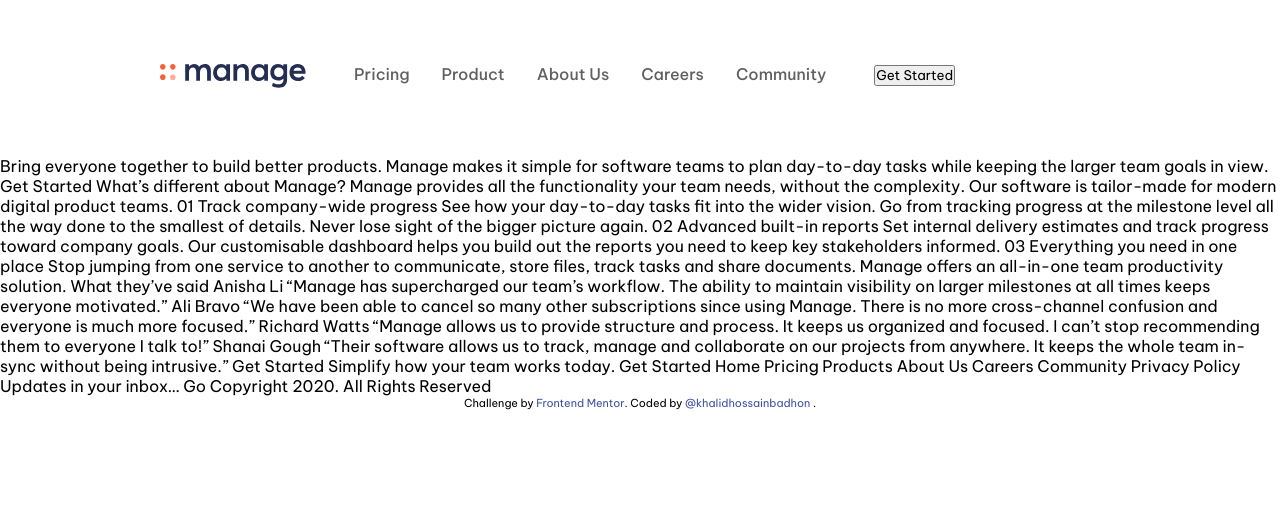
Repository: badhon252/revision
Page: manage-landing-page-master/index.html
The author's editor kept a copy of each file at every save. The page is drawn from the files as they stood at one save, then again after the next save.
The browser window is 1280 px wide. The pictures show the whole page.
The style sheet was rebuilt from its Sass, Less or Tailwind sources for each picture, by a compiler version that may differ from the author's.

Above is the page before, as saved 2022-08-07 16:48:39.

### manage-landing-page-master/index.html
<!DOCTYPE html>
<html lang="en">

<head>
  <meta charset="UTF-8">
  <meta name="viewport" content="width=device-width, initial-scale=1.0">
  <!-- displays site properly based on user's device -->

  <link rel="icon" type="image/png" sizes="32x32" href="./images/favicon-32x32.png">
  <link rel="stylesheet" href="./sass/style.css">
  <title>Frontend Mentor | Manage landing page</title>

</head>

<body>




  <header>
    <nav class="navbar">
      <div class="navbar-brand">
        <img src="./images/logo.svg" alt="">
      </div>

      <ul class="navs">
        <li class="nav-item"><a href="#" class="nav-link">Pricing</a></li>
        <li class="nav-item"><a href="#" class="nav-link">Product</a></li>
        <li class="nav-item"><a href="#" class="nav-link">About Us</a></li>
        <li class="nav-item"><a href="#" class="nav-link">Careers</a></li>
        <li class="nav-item"><a href="#" class="nav-link">Community</a></li>
      </ul>
      <div class="get-start">
        <button class="btn"><a href="#">Get Started</a></button>
      </div>

    </nav>
  </header>















  Bring everyone together to build better products.

  Manage makes it simple for software teams to plan day-to-day
  tasks while keeping the larger team goals in view.

  Get Started

  What’s different about Manage?

  Manage provides all the functionality your team needs, without
  the complexity. Our software is tailor-made for modern digital
  product teams.

  01
  Track company-wide progress
  See how your day-to-day tasks fit into the wider vision. Go from
  tracking progress at the milestone level all the way done to the
  smallest of details. Never lose sight of the bigger picture again.

  02
  Advanced built-in reports
  Set internal delivery estimates and track progress toward company
  goals. Our customisable dashboard helps you build out the reports
  you need to keep key stakeholders informed.

  03
  Everything you need in one place
  Stop jumping from one service to another to communicate, store files,
  track tasks and share documents. Manage offers an all-in-one team
  productivity solution.

  What they’ve said

  Anisha Li
  “Manage has supercharged our team’s workflow. The ability to maintain
  visibility on larger milestones at all times keeps everyone motivated.”

  Ali Bravo
  “We have been able to cancel so many other subscriptions since using
  Manage. There is no more cross-channel confusion and everyone is much
  more focused.”

  Richard Watts
  “Manage allows us to provide structure and process. It keeps us organized
  and focused. I can’t stop recommending them to everyone I talk to!”

  Shanai Gough
  “Their software allows us to track, manage and collaborate on our projects
  from anywhere. It keeps the whole team in-sync without being intrusive.”

  Get Started

  Simplify how your team works today.
  Get Started

  Home
  Pricing
  Products
  About Us
  Careers
  Community
  Privacy Policy

  Updates in your inbox…
  Go

  Copyright 2020. All Rights Reserved


  <div class="attribution">
    Challenge by <a href="https://www.frontendmentor.io?ref=challenge" target="_blank">Frontend Mentor</a>.
    Coded by <a href="#">@khalidhossainbadhon </a>.
  </div>
</body>

</html>

### manage-landing-page-master/sass/style.scss
* {
  margin: 0;
  padding: 0;
  box-sizing: border-box;
  overflow: hidden;
  font-family: "Be Vietnam Pro", sans-serif;
}
@import url("https://fonts.googleapis.com/css2?family=Be+Vietnam+Pro:wght@400;500;700&display=swap");
a {
  text-decoration: none;
  color: #000;
}
header {
  .navbar {
    display: flex;
    padding: 4rem 10rem;
    .navs {
      display: flex;
      margin: 0 2rem;
      .nav-item {
        margin: 0 1rem;
        .nav-link {
          font-weight: 500;
          color: rgba(0, 0, 0, 0.623);
          &:hover {
            color: #000;
          }
        }
      }
    }
  }
}

// footer======
.attribution {
  font-size: 11px;
  text-align: center;
}

.attribution a {
  color: hsl(228, 45%, 44%);
}

After the next save:
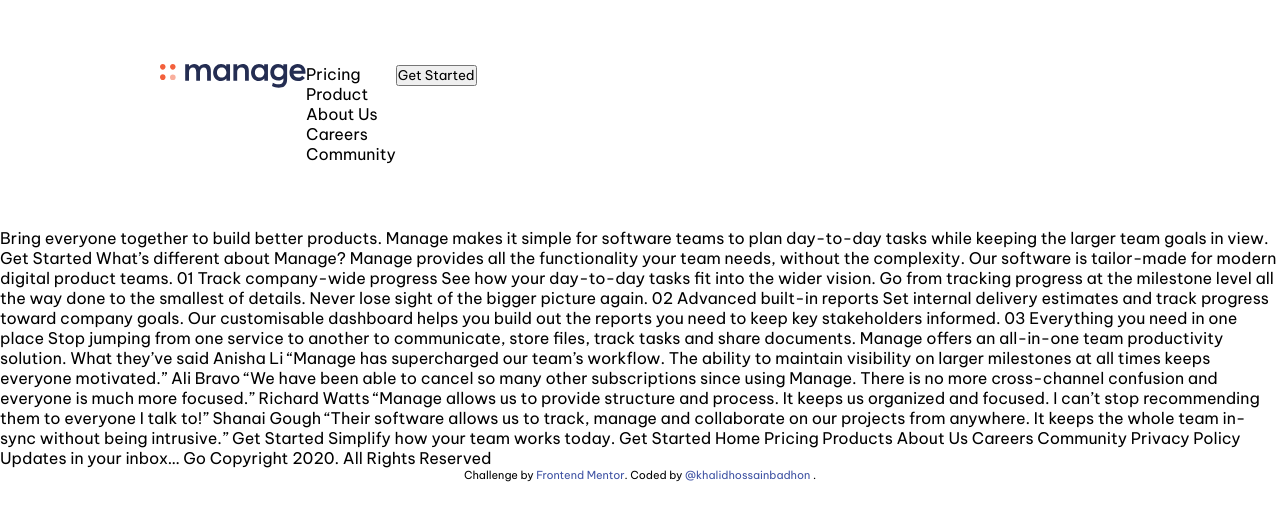
Saved 32 s later.
--- a/manage-landing-page-master/sass/style.scss
+++ b/manage-landing-page-master/sass/style.scss
@@ -14,7 +14,7 @@
   .navbar {
     display: flex;
     padding: 4rem 10rem;
-    .navs {
+    .nav {
       display: flex;
       margin: 0 2rem;
       .nav-item {

After the save that followed:
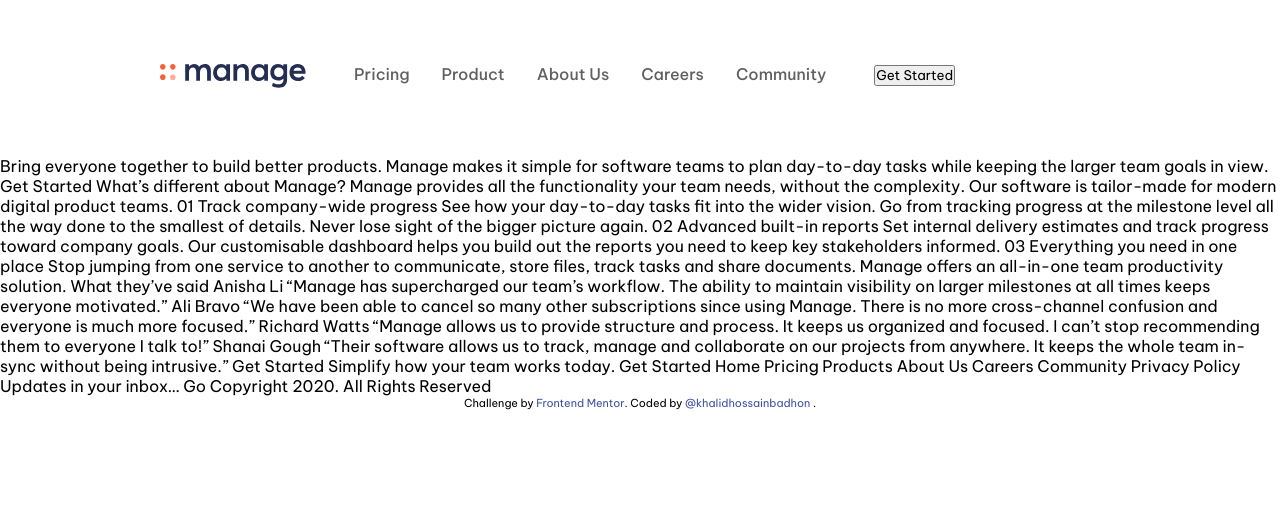
Saved 2 s later.
--- a/manage-landing-page-master/index.html
+++ b/manage-landing-page-master/index.html
@@ -23,7 +23,7 @@
         <img src="./images/logo.svg" alt="">
       </div>
 
-      <ul class="navs">
+      <ul class="nav">
         <li class="nav-item"><a href="#" class="nav-link">Pricing</a></li>
         <li class="nav-item"><a href="#" class="nav-link">Product</a></li>
         <li class="nav-item"><a href="#" class="nav-link">About Us</a></li>
